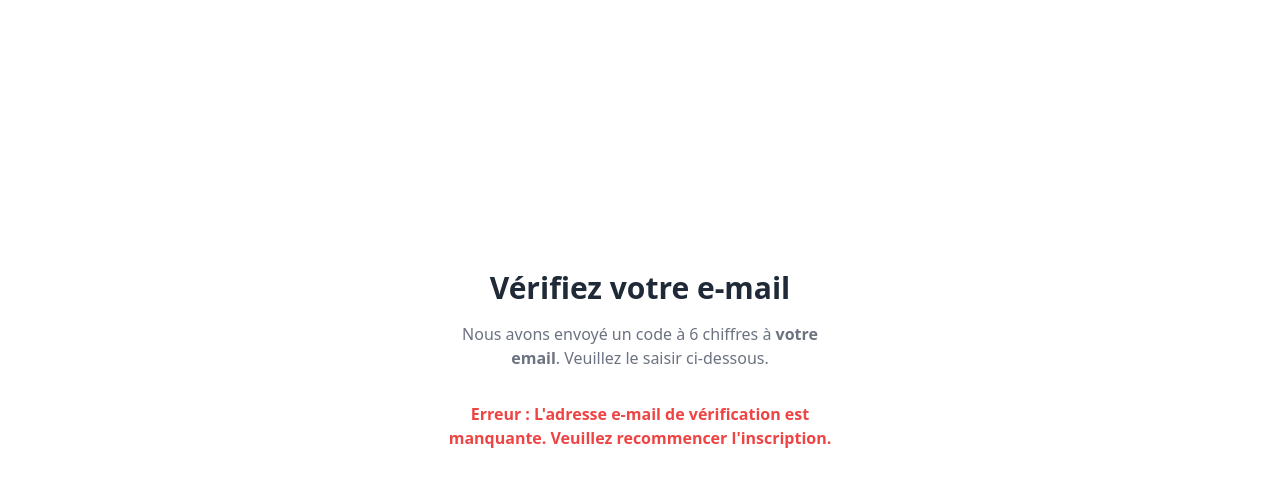
Repository: Mouad-git/edtpro
Page: gestion_edt/public/verify.html
An editor plug-in stored every save of this project. The page is shown before and after a run of saves, followed by the edit.
The browser window is 1280 px wide. The pictures show the whole page.
Some web libraries are served in a nearby version.

Above is the page before, as saved 2025-07-21 14:18:11.

### gestion_edt/public/verify.html
<!DOCTYPE html>
<html lang="fr">
<head>
    <meta charset="UTF-8">
    <title>Vérification du Compte</title>
    <script src="https://cdn.tailwindcss.com"></script>
    <style>
        .feedback-error { color: #ef4444; font-weight: 600; }
        .feedback-success { color: #22c55e; font-weight: 600; }
    </style>
</head>
<body class="flex items-center justify-center h-screen">
    <div class="w-full max-w-md bg-white p-8 rounded-xl text-center">
        <h1 class="text-3xl font-bold text-gray-800 mb-4">Vérifiez votre e-mail</h1>
        <p class="text-gray-500 mb-8">Nous avons envoyé un code à 6 chiffres à <b id="user-email">votre email</b>. Veuillez le saisir ci-dessous.</p>

        <form id="verifyForm">
            <!-- Ce champ caché contiendra l'email et sera envoyé avec le formulaire -->
            <input type="hidden" name="email" id="hidden-email">

            <input type="text" name="code" id="code"
                   class="w-full text-center text-3xl tracking-[1em] p-2 border border-gray-300 rounded-md placeholder:text-gray-300 placeholder:tracking-normal"
                   placeholder="------"
                   maxlength="6" required autocomplete="one-time-code">

            <button type="submit" class="w-full bg-black text-white p-2 rounded-lg mt-6 hover:bg-gray-800 transition-colors">Vérifier</button>
        </form>
        <div id="feedback" class="text-center mt-4"></div>
    </div>

    <script>
        document.addEventListener('DOMContentLoaded', function() {
            const urlParams = new URLSearchParams(window.location.search);
            const email = urlParams.get('email');
            const feedbackEl = document.getElementById('feedback');

            // --- CORRECTION CLÉ ---
            // On vérifie immédiatement si l'email est présent dans l'URL.
            if (!email) {
                // Si l'email est manquant, on ne peut pas continuer. On affiche une erreur et on bloque.
                feedbackEl.className = 'feedback-error';
                feedbackEl.textContent = "Erreur : L'adresse e-mail de vérification est manquante. Veuillez recommencer l'inscription.";
                document.getElementById('verifyForm').style.display = 'none'; // On cache le formulaire
                return; // On arrête le script ici.
            }

            // Si l'email est présent, on l'affiche et on remplit le champ caché.
            document.getElementById('user-email').textContent = email;
            document.getElementById('hidden-email').value = email;

            document.getElementById('verifyForm').addEventListener('submit', function(e) {
                e.preventDefault();
                feedbackEl.textContent = '';
                feedbackEl.className = '';

                const formData = new FormData(this);
                const data = Object.fromEntries(formData.entries());

                // Le champ 'email' est maintenant inclus grâce à l'input caché

                fetch('../api/auth/verify_code.php', {
                    method: 'POST',
                    headers: { 'Content-Type': 'application/json' },
                    body: JSON.stringify(data)
                })
                .then(response => response.json())
                .then(result => {
                    if (result.success) {
                        feedbackEl.className = 'feedback-success';
                        feedbackEl.textContent = result.message + " Redirection vers la page de connexion...";
                        setTimeout(() => {
                            window.location.href = 'login.html';
                        }, 3000);
                    } else {
                        feedbackEl.className = 'feedback-error';
                        feedbackEl.textContent = result.message || "Une erreur est survenue.";
                    }
                })
                .catch(error => {
                    feedbackEl.className = 'feedback-error';
                    feedbackEl.textContent = "Erreur de communication avec le serveur.";
                });
            });
        });
    </script>
</body>
</html>

After the next 3 saves:
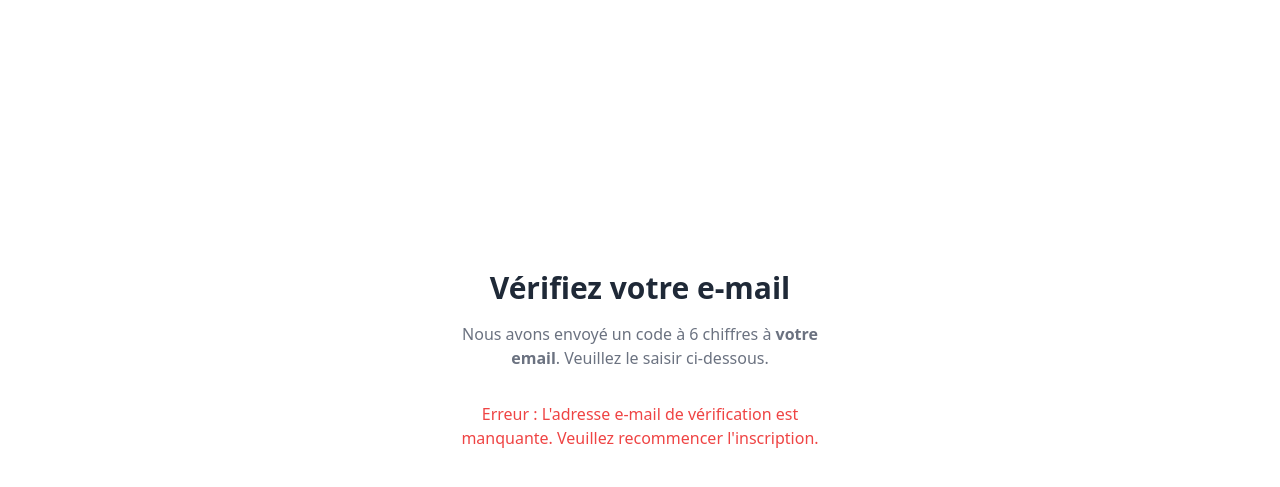
The 3 saves are shown as one change because they came seconds apart.
The last was saved 14 s later.
--- a/gestion_edt/public/verify.html
+++ b/gestion_edt/public/verify.html
@@ -5,8 +5,8 @@
     <title>Vérification du Compte</title>
     <script src="https://cdn.tailwindcss.com"></script>
     <style>
-        .feedback-error { color: #ef4444; font-weight: 600; }
-        .feedback-success { color: #22c55e; font-weight: 600; }
+        .feedback-error { color: #ef4444; }
+        .feedback-success { color: #22c55e; }
     </style>
 </head>
 <body class="flex items-center justify-center h-screen">
